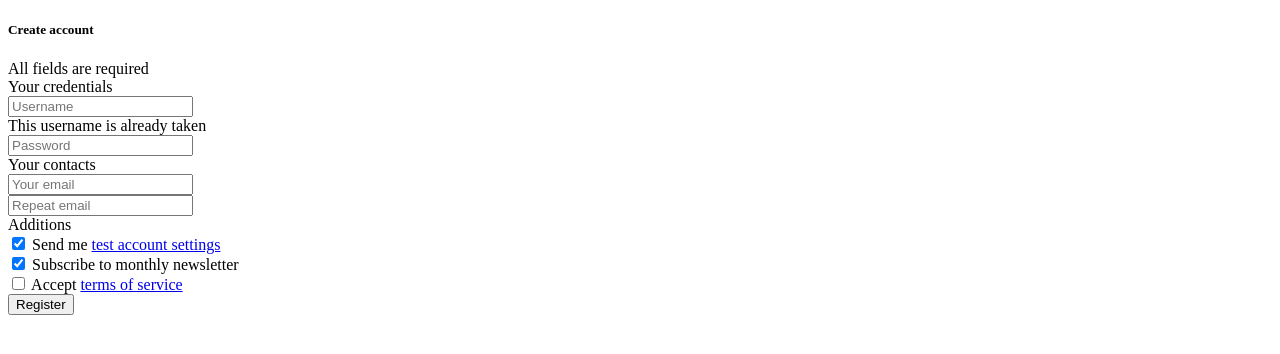
Repository: dionannd/laravel-inventory
Page: http://localhost/register
These files come from the project's save history. The page is drawn as it stood at one moment and after the next save; the edit follows.
The browser window is 1280 px wide. The pictures show the whole page.
The page is served by the project's Laravel application, run on PHP 8.4 with Laravel 8. Other server files are loaded and not shown.

Above is the page before, as saved 2019-08-02 19:28:57.

### app/Helpers/Helper.php
<?php

/**
 * Set any link as active by adding active class.
 * @param [url] $uri  Current URI.
 * @param string $output CSS class name.
 */

function set_active($uri, $output = 'active')
{
	if ( is_array($uri) ) {
		foreach ($uri as $u) {
			if (Route::is($u)) {
				return $output;
			}
		}
	} else {
		if (Route::is($uri)) {
			return $output;
		}
	}
}

function set_open($uri, $output = 'nav-item-expanded nav-item-open')
{
	if ( is_array($uri) ) {
		foreach ($uri as $u) {
			if (Route::is($u)) {
				return $output;
			}
		}
	} else {
		if (Route::is($uri)) {
			return $output;
		}
	}
}

### app/Providers/AppServiceProvider.php
<?php

namespace App\Providers;

use Illuminate\Support\ServiceProvider;
use Illuminate\Support\Facades\Blade;

class AppServiceProvider extends ServiceProvider
{
    /**
     * Register any application services.
     *
     * @return void
     */
    public function register()
    {
        //
    }

    /**
     * Bootstrap any application services.
     *
     * @return void
     */
    public function boot()
    {
        Blade::withoutComponentTags();
    }
}

### routes/web.php
<?php

use Illuminate\Support\Facades\Route;

/*
|--------------------------------------------------------------------------
| Web Routes
|--------------------------------------------------------------------------
|
| Here is where you can register web routes for your application. These
| routes are loaded by the RouteServiceProvider within a group which
| contains the "web" middleware group. Now create something great!
|
*/

Route::get('/', function () {
    return view('auth.login');
});

Auth::routes();

Route::group(['middleware' => 'auth:web'], function(){
    Route::get('/home', 'HomeController@index')->name('home');
    // Category Route
    Route::resource('category', 'CategoryController');
    // Place Route
    Route::resource('/place', 'PlaceController');
    // Product Route
    Route::get('/product/delete/{id}','ProductController@destroy')->name('product.destroy');
    Route::resource('/product', 'ProductController');
    // Customer Route
    Route::get('/customer/delete/{id}', 'CustomerController@destroy')->name('customer.destroy');
    Route::resource('/customer', 'CustomerController');
    // Supplier Route
    Route::get('/supplier/delete/{id}', 'SupplierController@destroy')->name('supplier.destroy');
    Route::resource('/supplier', 'SupplierController');
    // Sales Route
    Route::get('/sales/delete/{id}', 'SalesController@destroy')->name('sales.destroy');
    Route::resource('/sales', 'SalesController');
    // Price Sales from Product
    Route::post('/sales/price', 'SalesController@getPrice')->name('sales.price');
    // Inovoice Sales
    Route::get('sales/show/{id}', 'SalesController@show')->name('sales.show');
    // Purchase Route
    Route::get('/purchase/delete/{id}', 'PurchaseController@destroy')->name('purchase.destroy');
    Route::resource('/purchase', 'PurchaseController');
    // Approve Purchase
    Route::get('/purchase/approve/{id}', 'PurchaseController@approve')->name('purchase.approve');
    // Excel Purchase
    Route::get('purchase/export_pdf/{id}', 'PurchaseController@export_pdf')->name('purchase.pdf');
    // Invoice Purchase
    Route::get('purchase/show/{id}', 'PurchaseController@show')->name('purchase.show');
    // Finance Route
    Route::get('/finance/delete/{id}', 'FinanceController@destroy')->name('finance.destroy');
    Route::resource('/finance', 'FinanceController');
    // CashOut Route
    Route::resource('/cashout', 'CashoutController');
    Route::get('/cashout/delete/{id}', 'CashoutController@destroy')->name('cashout.destroy');
    // Loss Route
    Route::get('/loss/delete/{id}', 'LossController@destroy')->name('loss.destroy');
    Route::resource('loss', 'LossController');
    // Get data from Sales
    Route::post('/loss/purchase', 'LossController@getData')->name('loss.getdata');
});

### app/Http/Controllers/Auth/LoginController.php
<?php

namespace App\Http\Controllers\Auth;

use App\Http\Controllers\Controller;
use Illuminate\Foundation\Auth\AuthenticatesUsers;

class LoginController extends Controller
{
    /*
    |--------------------------------------------------------------------------
    | Login Controller
    |--------------------------------------------------------------------------
    |
    | This controller handles authenticating users for the application and
    | redirecting them to your home screen. The controller uses a trait
    | to conveniently provide its functionality to your applications.
    |
    */

    public function formLogin()
    {
        return view('login.pages.index');
    }

    use AuthenticatesUsers;

    /**
     * Where to redirect users after login.
     *
     * @var string
     */
    protected $redirectTo = '/home';

    /**
     * Create a new controller instance.
     *
     * @return void
     */
    public function __construct()
    {
        $this->middleware('guest')->except('logout');
    }
}

### app/Http/Controllers/Auth/RegisterController.php
<?php

namespace App\Http\Controllers\Auth;

use App\User;
use App\Http\Controllers\Controller;
use Illuminate\Support\Facades\Hash;
use Illuminate\Support\Facades\Validator;
use Illuminate\Foundation\Auth\RegistersUsers;

class RegisterController extends Controller
{
    /*
    |--------------------------------------------------------------------------
    | Register Controller
    |--------------------------------------------------------------------------
    |
    | This controller handles the registration of new users as well as their
    | validation and creation. By default this controller uses a trait to
    | provide this functionality without requiring any additional code.
    |
    */

    use RegistersUsers;

    /**
     * Where to redirect users after registration.
     *
     * @var string
     */
    protected $redirectTo = '/login';

    /**
     * Create a new controller instance.
     *
     * @return void
     */
    public function __construct()
    {
        $this->middleware('guest');
    }

    /**
     * Get a validator for an incoming registration request.
     *
     * @param  array  $data
     * @return \Illuminate\Contracts\Validation\Validator
     */
    protected function validator(array $data)
    {
        return Validator::make($data, [
            'name' => ['required', 'string', 'max:255'],
            'email' => ['required', 'string', 'email', 'max:255', 'unique:users'],
            'password' => ['required', 'string', 'min:8', 'confirmed'],
        ]);
    }

    /**
     * Create a new user instance after a valid registration.
     *
     * @param  array  $data
     * @return \App\User
     */
    protected function create(array $data)
    {
        return User::create([
            'name' => $data['name'],
            'email' => $data['email'],
            'password' => Hash::make($data['password']),
        ]);
    }
}

### resources/views/auth/register.blade.php
@extends('layouts.login.master')

@section('title')
    <title>Register</title>
@endsection

@section('content')
<!-- Content area -->
<div class="content d-flex justify-content-center align-items-center">

    <!-- Registration form -->
    <form class="login-form" action="index.html">
        <div class="card mb-0">
            <div class="card-body">
                <div class="text-center mb-3">
                    <i class="icon-plus3 icon-2x text-success border-success border-3 rounded-round p-3 mb-3 mt-1"></i>
                    <h5 class="mb-0">Create account</h5>
                    <span class="d-block text-muted">All fields are required</span>
                </div>

                <div class="form-group text-center text-muted content-divider">
                    <span class="px-2">Your credentials</span>
                </div>

                <div class="form-group form-group-feedback form-group-feedback-left">
                    <input type="text" class="form-control" placeholder="Username">
                    <div class="form-control-feedback">
                        <i class="icon-user-check text-muted"></i>
                    </div>
                    <span class="form-text text-danger"><i class="icon-cancel-circle2 mr-2"></i> This username is already taken</span>
                </div>

                <div class="form-group form-group-feedback form-group-feedback-left">
                    <input type="password" class="form-control" placeholder="Password">
                    <div class="form-control-feedback">
                        <i class="icon-user-lock text-muted"></i>
                    </div>
                </div>

                <div class="form-group text-center text-muted content-divider">
                    <span class="px-2">Your contacts</span>
                </div>

                <div class="form-group form-group-feedback form-group-feedback-left">
                    <input type="password" class="form-control" placeholder="Your email">
                    <div class="form-control-feedback">
                        <i class="icon-mention text-muted"></i>
                    </div>
                </div>

                <div class="form-group form-group-feedback form-group-feedback-left">
                    <input type="password" class="form-control" placeholder="Repeat email">
                    <div class="form-control-feedback">
                        <i class="icon-mention text-muted"></i>
                    </div>
                </div>

                <div class="form-group text-center text-muted content-divider">
                    <span class="px-2">Additions</span>
                </div>

                <div class="form-group">
                    <div class="form-check">
                        <label class="form-check-label">
                            <input type="checkbox" name="remember" class="form-input-styled" checked data-fouc>
                            Send me <a href="#">test account settings</a>
                        </label>
                    </div>

                    <div class="form-check">
                        <label class="form-check-label">
                            <input type="checkbox" name="remember" class="form-input-styled" checked data-fouc>
                            Subscribe to monthly newsletter
                        </label>
                    </div>

                    <div class="form-check">
                        <label class="form-check-label">
                            <input type="checkbox" name="remember" class="form-input-styled" data-fouc>
                            Accept <a href="#">terms of service</a>
                        </label>
                    </div>
                </div>

                <button type="submit" class="btn bg-teal-400 btn-block">Register <i class="icon-circle-right2 ml-2"></i></button>
            </div>
        </div>
    </form>
    <!-- /registration form -->

</div>
<!-- /content area -->
@endsection

### resources/views/layouts/login/master.blade.php
<!DOCTYPE html>
<html lang="{{ str_replace('_', '-', app()->getLocale()) }}">
    <head>
        <meta charset="utf-8">
        <meta http-equiv="X-UA-Compatible" content="IE=edge">
        <meta name="viewport" content="width=device-width, initial-scale=1, shrink-to-fit=no">

        <!-- CSRF Token -->
        <meta name="csrf-token" content="{{ csrf_token() }}">

        @yield('title')

        <!-- Global stylesheets -->
        <link href="https://fonts.googleapis.com/css?family=Roboto:400,300,100,500,700,900" rel="stylesheet" type="text/css">
        <link href="{{ asset('css/icons/icomoon/styles.css') }}" rel="stylesheet" type="text/css">
        <link href="{{ asset('css/bootstrap.min.css') }}" rel="stylesheet" type="text/css">
        <link href="{{ asset('css/bootstrap_limitless.min.css') }}" rel="stylesheet" type="text/css">
        <link href="{{ asset('css/layout.min.css') }}" rel="stylesheet" type="text/css">
        <link href="{{ asset('css/components.min.css') }}" rel="stylesheet" type="text/css">
        <link href="{{ asset('css/colors.min.css') }}" rel="stylesheet" type="text/css">
        <!-- /global stylesheets -->

        <!-- Core JS files -->
        <script src="{{ asset('js/main/jquery.min.js') }}"></script>
        <script src="{{ asset('js/main/bootstrap.bundle.min.js') }}"></script>
        <script src="{{ asset('js/plugins/loaders/blockui.min.js') }}"></script>
        <!-- /core JS files -->

        <!-- Theme JS files -->
        <script src="{{ asset('js/app.js') }}"></script>
        <script src="{{ asset('js/plugins/forms/styling/uniform.min.js') }}"></script>
        <!-- /theme JS files -->

    </head>

<body class="bg-slate-800">

    <!-- Page content -->
    <div class="page-content">
        <!-- Main content -->
        <div class="content-wrapper">

            @yield('content')

        </div>
    </div>

</body>
</html>

Loaded but not shown: app/Http/Controllers/Controller.php (common file)

After the next save:
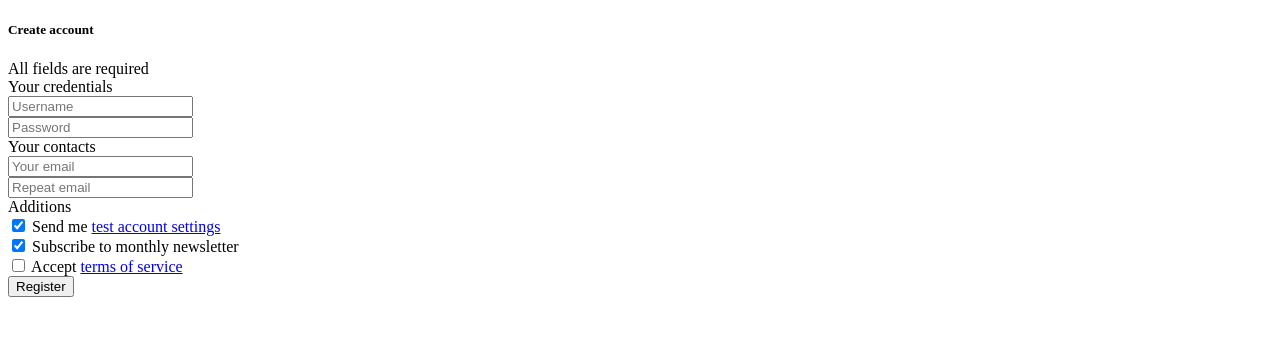
Saved 3 min 42 s later.
--- a/resources/views/auth/register.blade.php
+++ b/resources/views/auth/register.blade.php
@@ -27,7 +27,7 @@
                     <div class="form-control-feedback">
                         <i class="icon-user-check text-muted"></i>
                     </div>
-                    <span class="form-text text-danger"><i class="icon-cancel-circle2 mr-2"></i> This username is already taken</span>
+                    <span class="form-text text-danger"></span>
                 </div>
 
                 <div class="form-group form-group-feedback form-group-feedback-left">
